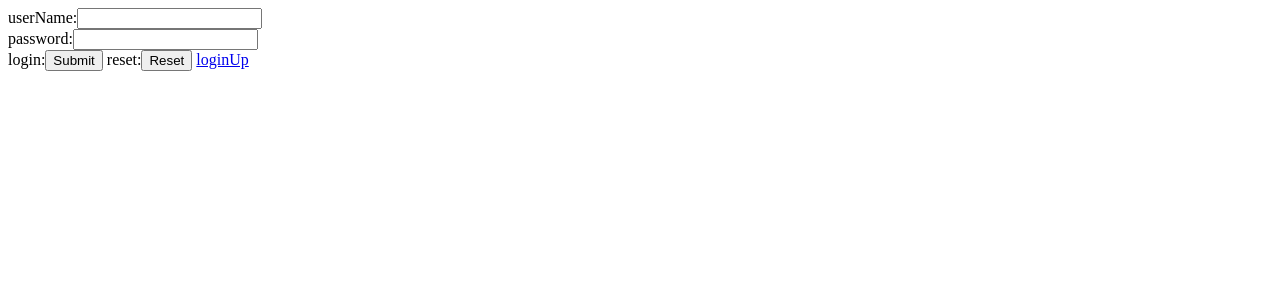
Repository: OnlineWaAndRe/mysql-jsp-examFinal
Page: http://localhost/exam/
These files come from the project's save history. The page is drawn as it stood at one moment and after the next save; the edit follows.
The browser window is 1280 px wide. The pictures show the whole page.
The page is served by Tomcat 9. Other server files are loaded and not shown.

Above is the page before, as saved 2019-06-17 09:45:58.

### exam/WebContent/index.jsp
<%@ page language="java" contentType="text/html; charset=ISO-8859-1"
    pageEncoding="ISO-8859-1"%>
<!DOCTYPE html PUBLIC "-//W3C//DTD HTML 4.01 Transitional//EN" "http://www.w3.org/TR/html4/loose.dtd">
<html>
<head>
<meta http-equiv="Content-Type" content="text/html; charset=ISO-8859-1">
<title>Insert title here</title>
</head>
<body>
	<form action="LoginServlet" method = post>
		userName:<input type = "txt" name = "userName"><br>
		password:<input type = "password" name = "userpassword"><br>
		login:<input type = "submit"> reset:<input type = "reset">
		<a href = "logUp.jsp">loginUp</a>
	</form>
</body>
</html>

After the next save:
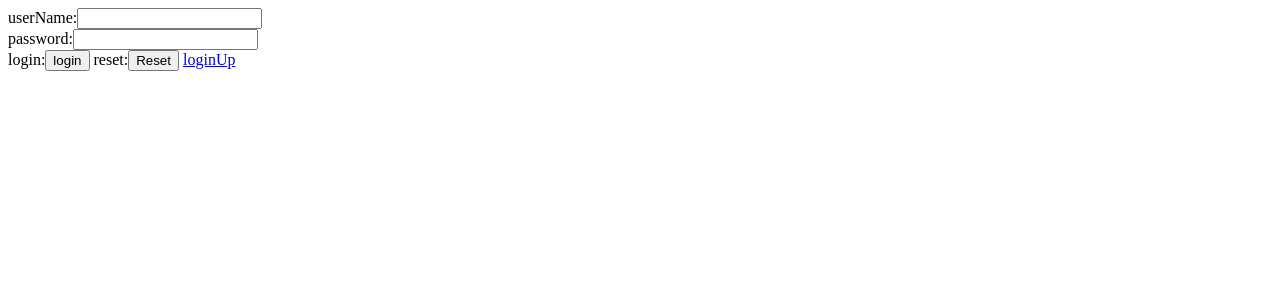
Saved 10 s later.
--- a/exam/WebContent/index.jsp
+++ b/exam/WebContent/index.jsp
@@ -10,7 +10,7 @@
 	<form action="LoginServlet" method = post>
 		userName:<input type = "txt" name = "userName"><br>
 		password:<input type = "password" name = "userpassword"><br>
-		login:<input type = "submit"> reset:<input type = "reset">
+		login:<input type = "submit" value = "login"> reset:<input type = "reset">
 		<a href = "logUp.jsp">loginUp</a>
 	</form>
 </body>
